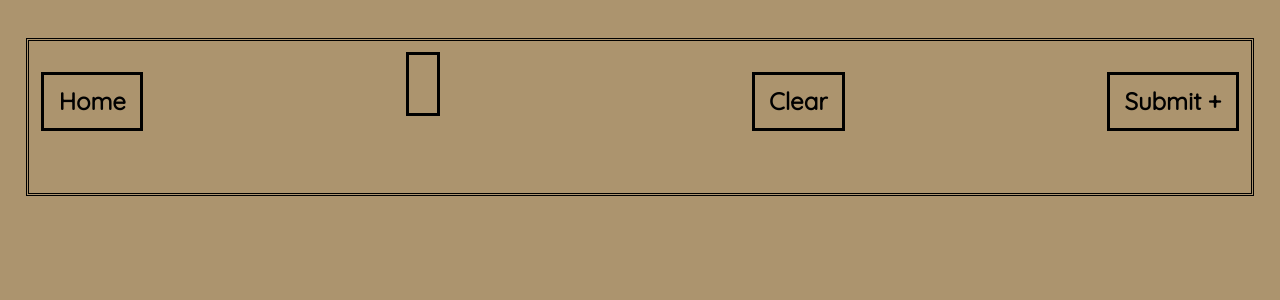
Repository: rickypcyt/ricky-react-portfolio
Page: /WebMural
These files come from the project's save history. The page is drawn as it stood at one moment and after a run of saves; the edit follows.
The browser window is 1280 px wide. The pictures show the whole page.
The project was rebuilt for these pictures with package versions that can differ from the ones it lists, and the page was loaded fresh each time. Also part of the build but not shown: src/Content.js, src/pages/Info.js, src/pages/Projects.js, src/pages/Contact.js, src/pages/NotesJS.js.

Above is the page before, as saved 2022-09-12 15:04:15.

### src/index.js
import React from "react";
import ReactDOM from "react-dom/client";
import "./index.css";
import App from "./App";
import reportWebVitals from "./reportWebVitals";
import { BrowserRouter, Routes, Route, Switch } from "react-router-dom";

const root = ReactDOM.createRoot(document.getElementById("root"));
root.render(
  <React.StrictMode>
    <BrowserRouter>
      <App />
    </BrowserRouter>
  </React.StrictMode>
);

// If you want to start measuring performance in your app, pass a function
// to log results (for example: reportWebVitals(console.log))
// or send to an analytics endpoint. Learn more: https://bit.ly/CRA-vitals
reportWebVitals();

### src/index.css
@import url("https://fonts.googleapis.com/css2?family=Quicksand");

input[type="file"] {
  display: none;
}
.container {
  top: 0%;
  left: 0%;
}
::marker {
  display: none;
}
.image-container {
  width: 100%;
  margin: auto;
  display: flex;
  flex-direction: row;
  justify-content: space-evenly;
  gap: 15px;
  padding: 10px;
}
body {
  line-height: 1;
  font-family: "Quicksand";
  font-size: large;
  margin: 2%;
  padding: 1%;
  border-style: double;
  margin-top: 3%;
  background: #ac946e;
}
ol {
  list-style: none;
  display: flex;
  padding: 0;
  justify-content: space-between;
  align-items: flex-start;
  display: flex;
  flex-wrap: wrap;
  align-content: center;
}
.content {
  position: absolute;
  right: calc(var(--pad) * 2);
  bottom: calc(var(--pad) * 2);
  white-space: nowrap;
}
.parrafo {
  line-height: 1.5;
  text-align: end;
  font-size: larger;
}
.parrafo span {
  display: block;
}
.titulo {
  margin: 0;
}
.oli {
  font-weight: bold;
  border-style: solid;
  font-size: x-large;
  padding: 1ch;
}
.descripcion {
  font-weight: lighter;
  font-style: oblique;
}
.oli:hover {
  color: black;
  border-style: dotted;
}
.page {
  padding-top: 2%;
  padding-bottom: 3%;
}
.pageContact {
  padding-top: 8%;
  padding-bottom: 9%;
}
.cabeceranavi {
  padding-bottom: 1%;
}
p {
  font-weight: bold;
}
a {
  color: black;
  text-decoration: none;
  padding: 0ch;
}
span {
  font-size: larger;
}
li {
  width: 7%;
  height: 10%;
}
ul {
  list-style-type: none;
  margin: 0%;
  display: flex;
  align-items: center;
  flex-direction: row;
  padding-top: 5%;
  padding-bottom: 5%;
  padding-left: 0%;
  justify-content: space-around;
}
.imagenes {
  display: block;
  height: auto;
  width: auto;
  padding-top: 5%;
  padding-bottom: 5%;
}

.imagenesproyect {
  position: relative;
}
.fixer {
  display: flex;
  flex-direction: row;
  justify-content: space-evenly;
  padding-bottom: 3%;
}
.overlay {
  position: absolute;
  top: 0.83cm;

  background: rgb(0, 0, 0);
  background: rgb(2, 0.3, 0.9, 0.6); /* Black see-through */
  color: #f1f1f1;
  width: 100%;
  transition: 0.5s ease;
  color: white;
  text-align: center;
  font-size: 20px;
  padding-top: 20px;
  padding-bottom: 20px;
  opacity: 0;
}
.imagenesproyect:hover .overlay {
  opacity: 1;
}
.overlay2 {
  position: absolute;
  bottom: 8%;
  background: rgb(0, 0, 0);
  background: rgba(40, 40, 40, 0.6); /* Black see-through */
  color: #f1f1f1;
  width: 100%;
  transition: 0.5s ease;
  color: white;
  text-align: center;
  font-size: 20px;
  padding-top: 20px;
  padding-bottom: 20px;
  opacity: 0;
}
.imagenesproyect:hover .overlay2 {
  opacity: 1;
}

.homeinfo {
  font-size: x-large;
}

@media screen and (max-width: 1340px) {
  .fixer {
    flex-direction: column;
    justify-content: center;
  }
  .imagenes {
    height: auto;
    width: 100%;
  }
  ol {
  }
}

.image-container {
  width: auto;
  margin: auto;
  /* display: flex; */
  flex-wrap: wrap;
  gap: 15px;
  padding: 10px;
}

.image-container img {
  max-width: 100%;
  max-height: 225px;
}

.container .image-container .image {
  border: 4px solid black;
  overflow: hidden;
  /* cursor: pointer; */
}

.container .image-container .image img {
  height: 100%;
  width: 100%;
}
@media (max-width: 700px) {
  .image-container img {
    max-height: -10px;
  }
}

.image:hover {
  transform: scale(1.15); /* (150% zoom - Note: if the zoom is too large, it will go outside of the viewport) */
}

.oli:hover {
  transform: scale(1.15); /* (150% zoom - Note: if the zoom is too large, it will go outside of the viewport) */
}

### src/App.js
import Content from "./Content";
import Info from "./pages/Info";
import Projects from "./pages/Projects";
import Contact from "./pages/Contact";
import WebMural from "./pages/WebMural";
import NotesJS from "./pages/NotesJS";
import { Route, Routes, Switch } from "react-router-dom";

function App() {
  return (
    <>
      <Routes>
        <Route path="/" element={<Content />}/>
        <Route path="/Projects" element={<Projects />} />
        <Route path="/Info" element={<Info />} />
        <Route path="/Contact" element={<Contact />} />
        <Route path="/WebMural" element={<WebMural />} />
        <Route path="/NotesJS" element={<NotesJS />} />
      </Routes>
    </>
  );
}
export default App;

### src/pages/WebMural.js
import React, { useState } from "react";

import { Link, useMatch, useResolvedPath } from "react-router-dom";

const UploadAndDisplayImage = () => {
  const [selectedFiles, setSelectedFiles] = useState([]);
  const handleImageChange = (e) => {
    setSelectedFiles([]);
    if (e.target.files) {
      const filesArray = Array.from(e.target.files).map((file) =>
        URL.createObjectURL(file)
      );
      setSelectedFiles((prevImages) => prevImages.concat(filesArray));
      Array.from(e.target.files).map((file) => URL.revokeObjectURL(file));
    }
  };

  const renderPhotos = (source) => {
    return source.map((photo) => {
      return (
        <div class="container">
          <figure class="image-container">
            <img className="image" src={photo} alt="" key={photo} />
          </figure>
        </div>
      );
    });
  };

  return (
    <main>
      <nav className="cabeceranavi">
        <ol>
          <div className="oli">Home</div>
          <CustomLink to="/" className="oli"></CustomLink>
          <nav className="oli" onClick={() => handleImageChange(null)}>
            Clear
          </nav>
          <label for="upload-button">
            <nav>
              <input
                type="file"
                id="upload-button"
                multiple="multiple"
                accept="image/*"
                onChange={handleImageChange}
              />
              <div class="oli"> Submit + </div>
            </nav>
          </label>
        </ol>
      </nav>
      {selectedFiles && (
        <div className="paddingimxd">
          <div class="image-container">{renderPhotos(selectedFiles)}</div>
        </div>
      )}
    </main>
  );
};

export default UploadAndDisplayImage;

function CustomLink({ to, children, ...props }) {
  const resolvedPath = useResolvedPath(to);
  const isActive = useMatch({ path: resolvedPath.pathname, end: true });
  return (
    <li className={isActive ? "active" : ""}>
      <Link to={to} {...props}>
        {children}
      </Link>
    </li>
  );
}

Loaded but not shown: public/index.html (common file); src/reportWebVitals.js (common file)

After the next 2 saves:
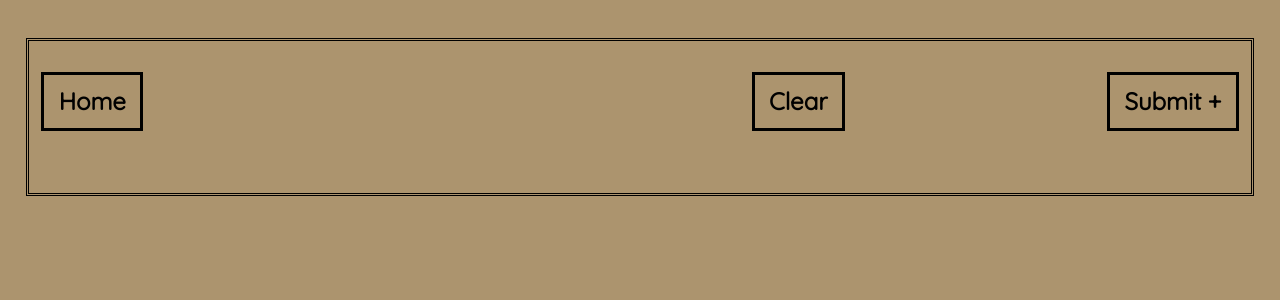
The 2 saves are shown as one change because they came seconds apart.
The last was saved 18 s later.
--- a/src/pages/WebMural.js
+++ b/src/pages/WebMural.js
@@ -32,7 +32,7 @@ const UploadAndDisplayImage = () => {
       <nav className="cabeceranavi">
         <ol>
           <div className="oli">Home</div>
-          <CustomLink to="/" className="oli"></CustomLink>
+          <CustomLink to="/"></CustomLink>
           <nav className="oli" onClick={() => handleImageChange(null)}>
             Clear
           </nav>
